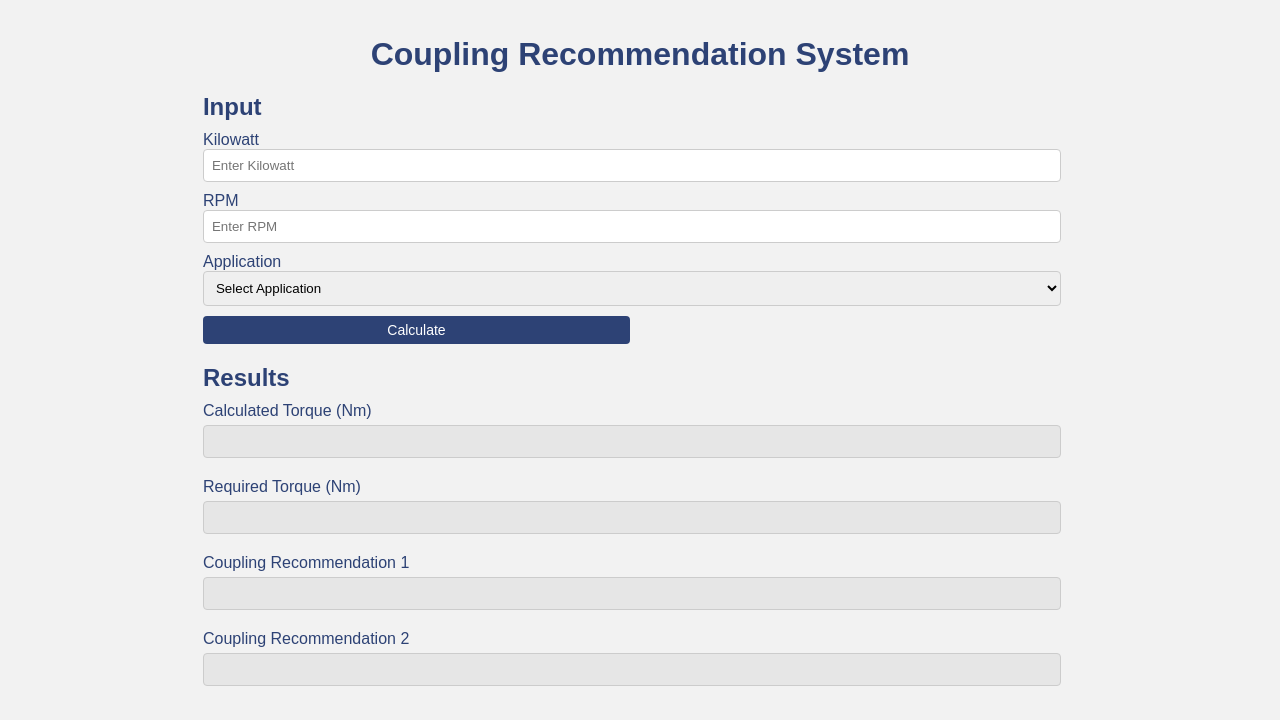
Repository: JustinSadie/calculator
Page: newIndex.html
These files come from the project's save history. The page is drawn as it stood at one moment and after the next save; the edit follows.
The browser window is 1280 px wide. The pictures show the whole page.

Above is the page before, as saved 2024-08-25 15:42:52.

### newIndex.html
<!DOCTYPE html>
<html lang="en">
  <head>
    <meta charset="UTF-8" />
    <meta name="viewport" content="width=device-width, initial-scale=1.0" />
    <title>Coupling Recommendation</title>
    <link rel="stylesheet" href="newCSS.css" />
  </head>
  <body>
    <div class="coupling-calculator">
      <h1>Coupling Recommendation System</h1>

      <div class="input-section">
        <h2>Input</h2>
        <label for="kilowatt">Kilowatt</label>
        <input
          type="number"
          id="kilowatt"
          placeholder="Enter Kilowatt"
          required
        />

        <label for="rotationSpeed">RPM</label>
        <input
          type="number"
          id="rotationSpeed"
          placeholder="Enter RPM"
          required
        />

        <label for="application">Application</label>
        <select id="application">
          <option value="">Select Application</option>
          <option value="1.2">Centrifugal Pumps</option>
          <option value="1.2">Fans</option>
          <option value="1.2">Belt Conveyors</option>
          <option value="1.6">Hammermill</option>
          <option value="1.6">Bucket Elevator</option>
          <option value="1.6">Scraper Conveyor</option>
          <option value="2.4">Reciprocating Pump</option>
          <option value="2.4">Compressor(3Cyl or less)</option>
          <option value="2">Crusher</option>
          <option value="2">Calender</option>
          <option value="2">Shaker</option>
          <option value="2">Compressor(4 Cyl or more)</option>
          <option value="4">Steel Mill rolers Tables</option>
          <option value="4">Heavy Reversing Drives</option>
        </select>
        <input
          type="text"
          id="customApplication"
          placeholder="Enter Custom Application"
          style="display: none"
        />

        <button onclick="displayResults()">Calculate</button>
      </div>

      <div class="output-section">
        <h2>Results</h2>
        <div class="result">
          <label for="torqueResult">Calculated Torque (Nm)</label>
          <input type="text" id="torqueResult" readonly />
        </div>

        <div class="result">
          <label for="coupRat">Required Torque (Nm)</label>
          <input type="text" id="coupRat" readonly />
        </div>

        <div class="result">
          <label for="brCouplingSuggest1">Coupling Recommendation 1</label>
          <input type="text" id="brCouplingSuggest1" readonly />
        </div>

        <div class="result">
          <label for="brCouplingSuggest2">Coupling Recommendation 2</label>
          <input type="text" id="brCouplingSuggest2" readonly />
        </div>
      </div>

      <script src="Coupling generator copy.js"></script>
    </div>
  </body>
</html>

### newCSS.css
/* Overall page styling */
body {
  font-family: Arial, sans-serif;
  margin: 0;
  padding: 0;
  background-color: #f2f2f2;
  color: #2d4275;
  display: flex;
  justify-content: center;
  align-items: center;
  min-height: 100vh;
}

.coupling-caclulator {
  max-width: 50%; /* Make the container half the width of the page */
  margin: 0 auto;
  padding: 20px;
  background-color: #ffffff;
  box-shadow: 0 0 10px rgba(0, 0, 0, 0.1);
  border: 2px solid #2d4275; /* Add border around the container */
  border-radius: 8px;
  box-sizing: border-box; /* Include padding and border in the width */
}

h1 {
  color: #2d4275;
  text-align: center;
  margin-bottom: 20px;
}

/* Input section styling */
.input-section {
  margin-bottom: 20px;
}

.input-section h2 {
  color: #2d4275;
  margin-bottom: 10px;
}

input,
select {
  padding: 8px; /* Make the input fields smaller */
  margin-bottom: 10px;
  width: calc(100% - 16px); /* Adjust width to account for padding and borders */
  border: 1px solid #ccc;
  border-radius: 4px;
  box-sizing: border-box;
}

button {
  padding: 6px 10px;
  background-color: #2d4275;
  color: #ffffff;
  border: none;
  border-radius: 4px;
  cursor: pointer;
  font-size: 14px; /* Adjust button font size */
  width: calc(50% - 10px); /* Adjust width for smaller button */
  margin-right: 10px; /* Add space between buttons */
}

button:hover {
  background-color: #1a2a4f;
}

/* Add styling for additional button */
button.additional {
  padding: 6px 10px;
  background-color: #1a2a4f;
  color: #ffffff;
  border: none;
  border-radius: 4px;
  cursor: pointer;
  font-size: 14px;
  width: calc(50% - 10px); /* Same size as the primary button */
}

button.additional:hover {
  background-color: #0d1a3b;
}

/* Output section styling */
.output-section {
  margin-top: 20px;
}

.output-section h2 {
  color: #2d4275;
  margin-bottom: 10px;
}

.result {
  margin-bottom: 10px;
}

.result label {
  display: block;
  margin-bottom: 5px;
  color: #2d4275;
}

.result input {
  padding: 8px; /* Make the output fields smaller */
  border: 1px solid #ccc;
  border-radius: 4px;
  width: calc(100% - 16px); /* Adjust width to account for padding and borders */
  box-sizing: border-box;
  background-color: #f9f9f9;
}

.result input[readonly] {
  background-color: #e6e6e6;
  cursor: not-allowed;
}

### Coupling generator copy.js
lst = [97,128, 164, 187, 215, 255, 271, 314, 355, 428,
    471, 517, 618, 679, 706, 868, 889, 900,
    1089, 1227, 1296, 1392, 1427, 1641, 1768, 2081,
    2150, 2398, 2551, 2837, 3134, 3343, 3536, 3787,
    4274, 4873, 4963, 5326, 5860, 6645, 6721, 6978,
    7234, 8443, 8806, 9071, 9864, 10172, 10811, 11063,
    12835, 13359, 13870, 14165, 16126, 17502, 18434,
    20135, 20684, 21989, 24153, 28155, 28166, 29107,
    35206, 35584, 38136, 38177, 45784, 48006, 50019,
    52525, 55588, 58182, 68818, 72908, 75800, 79879,
    86627, 99418, 100312, 104658, 136282, 136785,
    152552, 178422, 208020, 234914, 366843
]


const bearingData = {
  black: {
    sizes: [97, 164, 271, 471, 679, 1089, 1641, 2551, 3787, 5326, 6721, 8443, 10811, 18434, 29107, 38177, 52525, 79879],
  },
  yellow: {
    sizes: [128, 215, 355, 618, 889, 1427, 2150, 3343, 4963, 6978, 8806, 11063, 14165, 24153, 38136, 50019, 68818, 104658],
  },
  blue: {
    sizes: [187, 314, 517, 900, 1296, 2081, 3134, 4873, 7234, 10172, 12835, 16126, 20684, 35206, 55588, 72908, 100312, 152552],
  },
  green: {
    sizes: [255, 428, 706, 1227, 1768, 2837, 4274, 6645, 9864, 13870, 17502, 21989, 28155, 48006, 75800, 99418, 136785, 208020],
  },
  red: {
    sizes: [517, 868, 1392, 2398, 3536, 5860, 9071, 13359, 20135, 28166, 35584, 45784, 58182, 86627, 136282, 178422, 234914, 366843],
  },
};

const sizeIndex = {
    "BR_95" : 0,
   "BR_115" : 1,
   "BR_135" : 2,
   "BR_155" : 3,
   "BR_179" : 4,
   "BR_206" : 5,
   "BR_236" : 6,
   "BR_276" : 7,
   "BR_306" : 8,
   "BR_336" : 9,
   "BR_366" : 10,
   "BR_406" : 11,
   "BR_446" : 12,
   "BR_506" : 13,
   "BR_556" : 14,
   "BR_636" : 15,
   "BR_716" : 16,
   "BR_826" : 17,
}


function calculateTorque(){
    var kilowatt = document.getElementById("kilowatt").value;
    var rotationSpeed = document.getElementById("rotationSpeed").value;
    var torque = ((kilowatt *  9550)/rotationSpeed);
    torqueResult = torque.toFixed(2) + " (Nm)";
    return {
        torqueresultText: torqueResult,
        torqueResultNumeric: torque,
    };

}

function getSafetyFactorValue(){
    var serviceFactor = document.getElementById("application").value;
    var customServiceFactor = document.getElementById("customApplication").value.trim();

    if (customServiceFactor) {
        return customServiceFactor;
    } else if (serviceFactor && serviceFactor !== "default") {
        return serviceFactor;
    } else {
        throw new Error("Please select an application or enter a custom application.");
    }
};


function calculateAndSetCouplingRating() {
    try {
        var torque = calculateTorque().torqueResultNumeric;
        var serviceFactor = getSafetyFactorValue();

        if (isNaN(serviceFactor)) {
            throw new Error("Invalid service factor input");
        }
        var couplingRating = Math.round(torque * serviceFactor);
        var couplingRatingResult = couplingRating + " (Nm)";

        return {
            couplingRatingText: couplingRatingResult,
            couplingRatingNumeric: couplingRating,
        };
    } catch (error) {
        console.error("Error in calculateAndSetCouplingRating:", error.message);
        return {
            error: error.message,
        };
    }
}



function nextNearestValue() {

    x = calculateAndSetCouplingRating().couplingRatingNumeric;

    for(const elem of lst){
        if(x <= elem) {
            const nextIndex = lst.indexOf(elem) + 1;
            if (nextIndex < lst.length) {
                return {
                    firstRecommendation : elem,
                    secondrecommendation : lst[nextIndex],
                };
            }
        }
    }
    return {
        firstRecommendation : elem,
        secondrecommendation : "none",
    }
}

function safetyFactor(nnv,torque){
    return (nnv/torque).toFixed(2);
}

function findColorAndSize(value) {
    for (const color in bearingData) {
      const sizes = bearingData[color].sizes;
      const index = sizes.indexOf(value);
      if (index !== -1) {
        const sizeKey = Object.keys(sizeIndex).find((key) => sizeIndex[key] === index);
        return {
          color: color,
          size: sizeKey,
        };
      }
    }
    return null;
}



function displayResults(){
    var newVal = calculateAndSetCouplingRating();
    document.getElementById('torqueResult').value=calculateTorque().torqueresultText;
    document.getElementById('coupRat').value=calculateAndSetCouplingRating().couplingRatingText;

    document.getElementById('brCouplingSuggest1').value=findColorAndSize(nextNearestValue().firstRecommendation).size + " - " + findColorAndSize(nextNearestValue().firstRecommendation).color;
    document.getElementById('brCouplingSuggest2').value=findColorAndSize(nextNearestValue().secondrecommendation).size + " - " + findColorAndSize(nextNearestValue().secondrecommendation).color;
    document.getElementById('sfCouplingSuggest1').value=safetyFactor(nextNearestValue().firstRecommendation, calculateTorque().torqueResultNumeric);
    document.getElementById('sfCouplingSuggest2').value=safetyFactor(nextNearestValue().secondrecommendation, calculateTorque().torqueResultNumeric);
}


function clearTable(){
    document.getElementById('kilowatt').value="";
    document.getElementById('rotationSpeed').value="";
    document.getElementById('serviceFactor').value="";
    document.getElementById('torqueResult').value="";
    document.getElementById('coupRat').value="";
    document.getElementById('brCouplingSuggest1').value="";
    document.getElementById('brCouplingSuggest2').value="";
}

function validateInput(inputId) {
    var inputElement = document.getElementById(inputId);
    var inputValue = inputElement.value.trim();

    if (inputValue === "") {
        alert("Input cannot be empty.");
        return false;
    }

    if (!/^\d+$/.test(inputValue)) {
        alert("Input must contain only numbers.");
        return false;
    }

    return true;
}

function validateForm() {
    if (!validateInput("kilowatt") || !validateInput("rotationSpeed")) {
        return false;
    }
    return true;
}

After the next save:
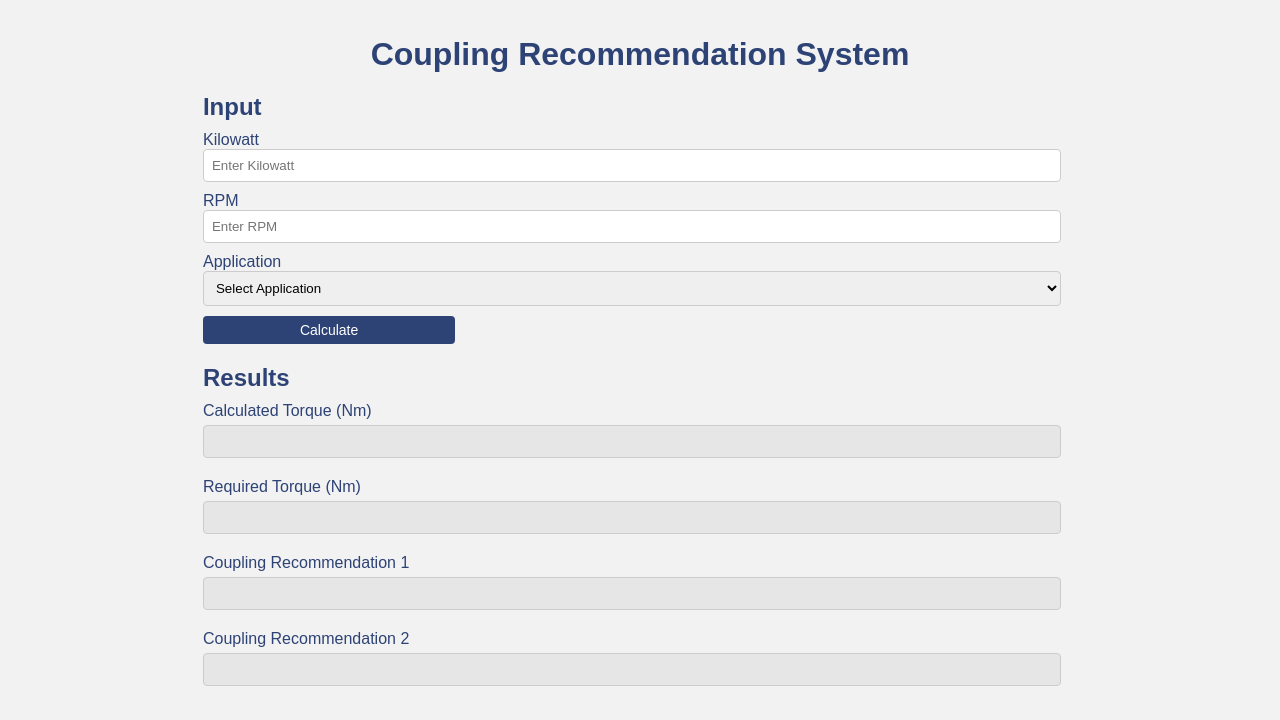
Saved 18 s later.
--- a/newCSS.css
+++ b/newCSS.css
@@ -56,7 +56,7 @@ button {
   border-radius: 4px;
   cursor: pointer;
   font-size: 14px; /* Adjust button font size */
-  width: calc(50% - 10px); /* Adjust width for smaller button */
+  width: calc(30% - 10px); /* Adjust width for smaller button */
   margin-right: 10px; /* Add space between buttons */
 }
 
